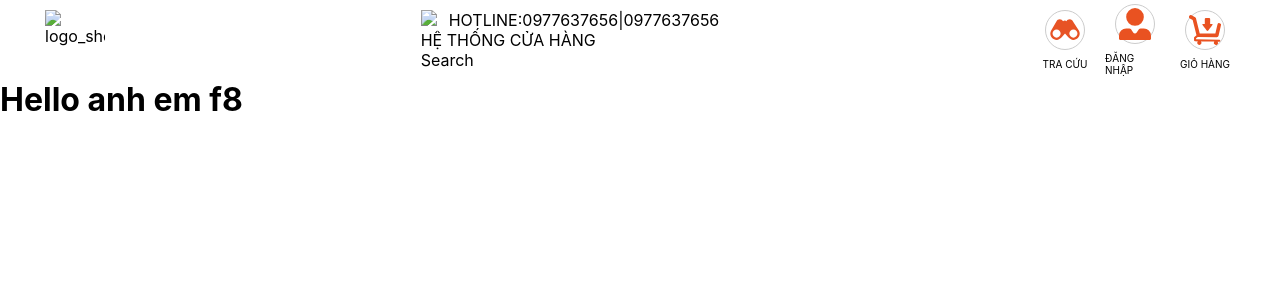
Repository: manhhieu120499/BadmintonShop
Page: /
The author's editor kept a copy of each file at every save. The page is drawn from the files as they stood at one save, then again after the next save.
The browser window is 1280 px wide. The pictures show the whole page.
The project was rebuilt for these pictures with package versions that can differ from the ones it lists, and the page was loaded fresh each time.

Above is the page before, as saved 2024-08-19 10:49:12.

### src/App.js
import './App.css';
import { DefaultLayout } from './layouts/DefaultLayout';

function App() {
	return (
		<DefaultLayout>
			<div className="App">
				<h1>Hello anh em f8</h1>
			</div>
		</DefaultLayout>
	);
}

export default App;

### src/App.css
/*reset css*/
* {
	margin: 0;
	padding: 0;
	box-sizing: border-box;
}

### src/layouts/DefaultLayout/DefaultLayout.js
import classNames from 'classnames/bind';
import styles from './DefaultLayout.module.scss';
import { Header } from '../components/';

const cx = classNames.bind(styles);

function DefaultLayout({ children }) {
	return (
		<div className={cx('container')}>
			<Header />
			{children}
		</div>
	);
}

export default DefaultLayout;

### src/layouts/DefaultLayout/DefaultLayout.module.scss
.container {
	width: 100vw;
	min-height: 100vh;
	background-color: white;
}

### src/layouts/components/Header/Header.js
import classNames from 'classnames/bind';
import styles from './Header.module.scss';
import images from '../../../assets/images';
import Search from '../Search';
import { LookupIcon, ShoppingCart, UserIcon } from '../../../components/Icons';
import Button from '../../../components/Button';
const cx = classNames.bind(styles);
function Header() {
	return (
		<div className={cx('wrapper')}>
			<img
				className={cx('logo-brand')}
				src={images.logo}
				alt="logo_shop"
			/>
			<div className={cx('header-content')}>
				<div className={cx('info-contact')}>
					{/** icon */}
					<img
						src={images.phone_call}
						alt="telesale"
						className={cx('image-telesale')}
					/>
					<p>
						HOTLINE:
						<span>0977637656</span>
						<span>|</span>
						<span>0977637656</span>
					</p>
				</div>
				<div className={cx('other-company')}>
					{/** icon */}
					<p>HỆ THỐNG CỬA HÀNG</p>
				</div>
				<Search />
			</div>
			<div className={cx('other')}>
				<Button title={'Tra cứu'} Icon={LookupIcon} />
				<Button title={'Đăng nhập'} Icon={UserIcon} />
				<Button title={'Giỏ hàng'} Icon={ShoppingCart} />
			</div>
		</div>
	);
}

export default Header;

### src/layouts/components/Header/Header.module.scss
.wrapper {
	height: 80px;
	width: 100%;
	padding: 0px 45px;
	display: flex;
	justify-content: space-between;
	align-items: center;
}

.logo-brand {
	width: 60px;
	height: 60px;
	display: inline-block;
}

.info-contact {
	display: flex;
	align-items: center;
}

.contact_title {
	font-weight: bold;
}

.image-telesale {
	width: 20px;
	height: 20px;
	margin-right: 8px;
}

.other {
	display: flex;
	align-items: center;
	gap: 10px;
}

### src/assets/images/index.js
const images = {
	logo: require('../images/logo.svg').default,
	phone_call: require('../images/phone-call.svg').default,
};

export default images;

### src/layouts/components/Search/Search.js
function Search() {
	return <div>Search</div>;
}

export default Search;

### src/components/Icons/Icon.js
export const LookupIcon = ({ width = '2rem', height = '2rem' }) => {
	return (
		<svg
			version="1.1"
			id="Layer_1"
			xmlns="http://www.w3.org/2000/svg"
			x="0px"
			y="0px"
			viewBox="0 0 850.39 850.39"
			width={width}
			height={height}
		>
			<path
				fill="#E75325"
				d="M797.17,444.28L641.85,206.29c-14.4-37.32-50.59-63.8-92.99-63.8c-35.78,0-67.14,18.86-84.72,47.18
								   c-11.68-9.55-26.59-15.28-42.85-15.28c-18.79,0-35.78,7.65-48.06,20c-16.92-30.92-49.75-51.89-87.48-51.89
								   c-38.92,0-72.61,22.33-89.02,54.86L53.74,443.61c-12.2,23.22-19.14,49.61-19.14,77.61c0,92.32,75.11,167.44,167.44,167.44
								   c55.47,0,95.68-27.91,135.19-68.81l88.06-98.63l88.06,98.63c39.51,36.92,79.72,68.81,135.19,68.81
								   c92.33,0,167.44-75.11,167.44-167.44C815.97,493.49,809.15,467.34,797.17,444.28z M202.03,628.85
								   c-59.45,0-107.64-48.19-107.64-107.64s48.19-107.64,107.64-107.64s107.64,48.19,107.64,107.64S261.48,628.85,202.03,628.85z
									M648.53,628.85c-59.45,0-107.64-48.19-107.64-107.64s48.19-107.64,107.64-107.64s107.64,48.19,107.64,107.64
								   S707.98,628.85,648.53,628.85z"
			></path>
		</svg>
	);
};

export const UserIcon = ({ width = '2rem', height = '2rem' }) => {
	return (
		<svg
			xmlns="http://www.w3.org/2000/svg"
			viewBox="0 0 245.86 244.44"
			fill="#E95221"
			width={width}
			height={height}
		>
			<path
				d="M249.31,163.93H225.14a16.46,16.46,0,0,0-13.49,7l-16.9,24.18a16.46,16.46,0,0,1-27.12-.18l-16.17-23.82a16.48,16.48,0,0,0-13.62-7.22H114.11a55.34,55.34,0,0,0-55.33,55.34v24.55A8.23,8.23,0,0,0,67,252.06h229.4a8.24,8.24,0,0,0,8.23-8.24V219.27A55.34,55.34,0,0,0,249.31,163.93Zm-67.57-20.58a67.87,67.87,0,1,0-67.86-67.87A67.86,67.86,0,0,0,181.74,143.35Z"
				transform="translate(-58.78 -7.61)"
			></path>
		</svg>
	);
};

export const ShoppingCart = ({ width = '2rem', height = '2rem' }) => {
	return (
		<svg
			xmlns="http://www.w3.org/2000/svg"
			viewBox="0 0 265.71 247.92"
			fill="#E95221"
			width={width}
			height={height}
		>
			<path
				d="M298.21,71.39a14.93,14.93,0,0,0-17.88,11.2l-17.21,75-129.91-1.2L101.9,31.17a15,15,0,0,0-7.28-9.46L66.2,6.08A14.92,14.92,0,0,0,51.82,32.23L74.53,44.72l31.89,127.52L89.25,185.79A8.52,8.52,0,0,0,86,192.48v21.31a8.52,8.52,0,0,0,8.4,8.53l24.06.34A17,17,0,1,0,142,223l112.53,1.58a17,17,0,1,0,26.94.38l14.67.2h.13a8.53,8.53,0,0,0,.11-17l-193.35-2.72v-8.77l14.18-11.2a14.36,14.36,0,0,0,4.15.67l153.44,1.43H275a14.93,14.93,0,0,0,14.54-11.59l19.91-86.66A14.93,14.93,0,0,0,298.21,71.39Z"
				transform="translate(-44.09 -4.24)"
				strokeMiterlimit="10"
				strokeLinecap="round"
				strokeLinejoin="round"
			></path>
			<path
				d="M233.64,77.44H219.77V37.3a8.91,8.91,0,0,0-8.91-8.91H184.14a8.91,8.91,0,0,0-8.9,8.91V77.44H161.37c-6.14,0-8.16,4-4.5,9l10.32,13.84,13.33,17.9L190.84,132c3.67,4.92,9.67,4.92,13.33,0l10.32-13.85,13.33-17.9,10.32-13.84C241.8,81.46,239.78,77.44,233.64,77.44Z"
				transform="translate(-44.09 -4.24)"
				strokeMiterlimit="10"
				strokeLinecap="round"
				strokeLinejoin="round"
			></path>
		</svg>
	);
};

### src/components/Button/Button.js
import classNames from 'classnames/bind';
import styles from './Button.module.scss';

const cx = classNames.bind(styles);

function Button({ title, Icon, onClick }) {
	return (
		<div className={cx('wrapper')} onClick={onClick}>
			<div className={cx('image-icon')}>
				<Icon />
			</div>
			<p className={cx('title')}>{title.toUpperCase()}</p>
		</div>
	);
}

export default Button;

### src/components/Button/Button.module.scss
.wrapper {
	display: flex;
	flex-direction: column;
	align-items: center;
	width: 60px;
}

.image-icon {
	width: 40px;
	height: 40px;
	border-radius: 50%;
	border: 1px solid #ccc;
	display: flex;
	align-items: center;
	justify-content: center;
}

.title {
	margin-top: 8px;
	font-size: 10px;
}

Loaded but not shown: public/index.html (common file); src/index.js (common file); src/index.css (common file); src/reportWebVitals.js (common file); src/layouts/DefaultLayout/index.js (common file); src/layouts/components/index.js (common file); src/layouts/components/Header/index.js (common file); src/layouts/components/Search/index.js (common file); src/components/Icons/index.js (common file); src/components/Button/index.js (common file)

After the next save:
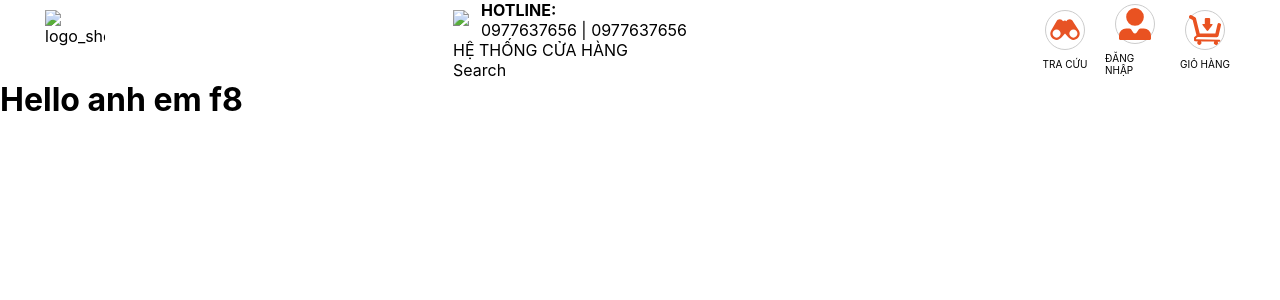
Saved 7 s later.
--- a/src/layouts/components/Header/Header.js
+++ b/src/layouts/components/Header/Header.js
@@ -21,12 +21,14 @@ function Header() {
 						alt="telesale"
 						className={cx('image-telesale')}
 					/>
-					<p>
-						HOTLINE:
-						<span>0977637656</span>
-						<span>|</span>
-						<span>0977637656</span>
-					</p>
+					<div className={cx('contact')}>
+						<p className={cx('contact_title')}>HOTLINE:</p>
+						<p className={cx('contact_number')}>
+							<span>0977637656</span>
+							<span> | </span>
+							<span>0977637656</span>
+						</p>
+					</div>
 				</div>
 				<div className={cx('other-company')}>
 					{/** icon */}
